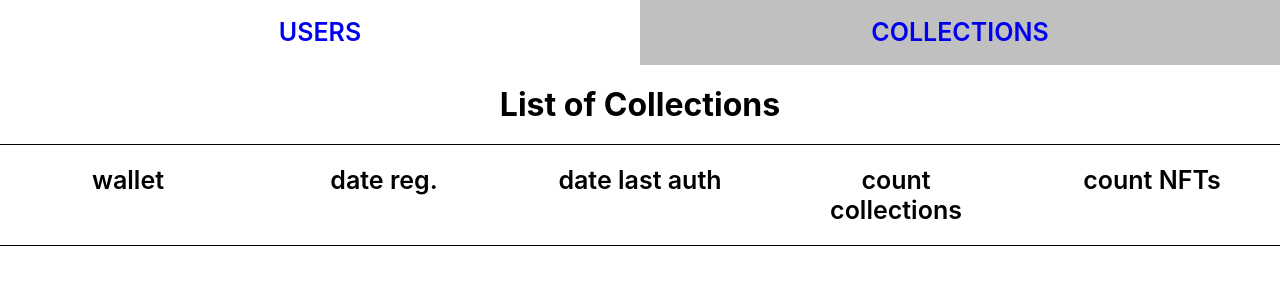
Repository: superHotBob/admin_nftillion
Page: /collections
The author's editor kept a copy of each file at every save. The page is drawn from the files as they stood at one save, then again after the next save.
The browser window is 1280 px wide. The pictures show the whole page.
The page's requests for data from a server got no answer. The project was rebuilt for these pictures with package versions that can differ from the ones it lists, and the page was loaded fresh each time. No one was signed in, and anything a server would have sent is missing. Also part of the build but not shown: src/components/Home/styles.scss, src/components/Home/index.js, src/components/Users/index.js, src/components/Collections/styles.scss.

Above is the page before, as saved 2022-04-22 16:33:57.

### src/index.js
import React from "react";
import ReactDOM from "react-dom/client";
import "./index.css";
import { BrowserRouter } from "react-router-dom";
import "./index.css";
import App from "./App";

import reportWebVitals from "./reportWebVitals";

const root = ReactDOM.createRoot(document.getElementById("root"));
root.render(
  <React.StrictMode>
    <BrowserRouter>
      <App />
    </BrowserRouter>
  </React.StrictMode>
);

// If you want to start measuring performance in your app, pass a function
// to log results (for example: reportWebVitals(console.log))
// or send to an analytics endpoint. Learn more: https://bit.ly/CRA-vitals
reportWebVitals();

### src/App.js
import * as React from "react";
import { Routes, Route } from "react-router-dom";
import { Home } from "./components/Home";
import { Users } from "./components/Users";
import './App.css';
import { Collections } from "./components/Collections";

function App() {
  return (
    <div className="App">
    <Routes>
        <Route path="/" element={<Home />} />
        <Route path="users" element={<Users />} />
        <Route path="collections" element={<Collections />} />
      </Routes>
    </div>
  );
}

export default App;

### src/components/Collections/index.js
import * as React from "react";
import axios from "axios";

import "./styles.scss";
import { NavPanel } from "../NavPanel";

export const Collections = () => {
  const [data, setData] = React.useState([]);
  React.useEffect(() => {
    axios.get(`https://jsonplaceholder.typicode.com/users`).then((res) => {
      console.log(res.data);
      setData(res.data);
    });
  }, []);

  return (
    <>
     <NavPanel />
      <h1 className="header">
        List of Collections
      </h1>
      <div className="mainblockuser">
        <header>
          <span>wallet</span>
          <span>date reg.</span>
          <span>date last auth</span>
          <span>count collections</span>
          <span>count NFTs</span>

        </header>
        <section>
          {data.map((i) => (
            <p className="data">
              <span>{i.id}</span>
              <span>{i.name}</span>
              <span>{i.username}</span>
              <span>{i.email}</span>
              <span>{i.phone}</span>

            </p>
          ))}
        </section>
      </div>
    </>
  );
};

### src/components/Users/styles.scss
.header {
    color: #000;
    padding: 20px 50px;
    margin: 0;
    border-bottom: 1px solid black;
    text-align: center;
    b {
        float: right;
        font-size: 16px;
        margin-top: 15px;
    }

}
header, .data {
     display: flex;
     justify-content: space-around;
     font-size: 20px;
     span {
         width: 15%;
         display: inline-block;
     }
}
header {
    border-bottom: 1px solid black;
    font-size: 25px;
    font-weight: 600;
    padding: 20px 0;
}

### src/components/NavPanel/index.js
import "./styles.scss";
import { NavLink } from "react-router-dom";
export const NavPanel = () => {
  return (
    <div className="mainNavBlock">
      <NavLink
        style={({ isActive }) => {
          return {
            display: "block",
            padding: 20,
            textDecoration: 'none',
            width: "50%",
            backgroundColor: isActive ? "#c0c0c0" : "whitw",
          };
        }}
        to="/users"
      >
        USERS
      </NavLink>
      <NavLink
        style={({ isActive }) => {
          return {
            display: "block",
            width: "50%",
            textDecoration: 'none',
            padding: 20,
            backgroundColor: isActive ? "#c0c0c0" : "whitw",
          };
        }}
        to="/collections"
      >
        COLLECTIONS
      </NavLink>
    </div>
  );
};

### src/components/NavPanel/styles.scss
.mainNavBlock {
    display: flex;
    justify-content: space-around;
    font-size: 25px;
    line-height: 25px;
    font-weight: 600;
    text-decoration: none;
}

Loaded but not shown: public/index.html (common file); src/index.css (common file); src/reportWebVitals.js (common file); src/App.css (common file)

After the next save:
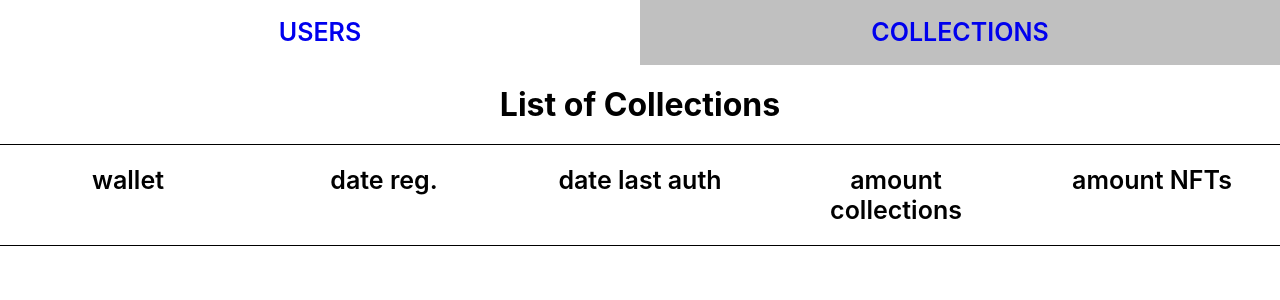
Saved 18 min 46 s later.
--- a/src/components/Collections/index.js
+++ b/src/components/Collections/index.js
@@ -1,11 +1,14 @@
 import * as React from "react";
 import axios from "axios";
+import { useNavigate } from "react-router-dom";
 
 import "./styles.scss";
 import { NavPanel } from "../NavPanel";
 
 export const Collections = () => {
   const [data, setData] = React.useState([]);
+  let navigate = useNavigate();
+  const name = localStorage.getItem("name");
   React.useEffect(() => {
     axios.get(`https://jsonplaceholder.typicode.com/users`).then((res) => {
       console.log(res.data);
@@ -24,8 +27,8 @@ export const Collections = () => {
           <span>wallet</span>
           <span>date reg.</span>
           <span>date last auth</span>
-          <span>count collections</span>
-          <span>count NFTs</span>
+          <span>amount collections</span>
+          <span>amount NFTs</span>
 
         </header>
         <section>
